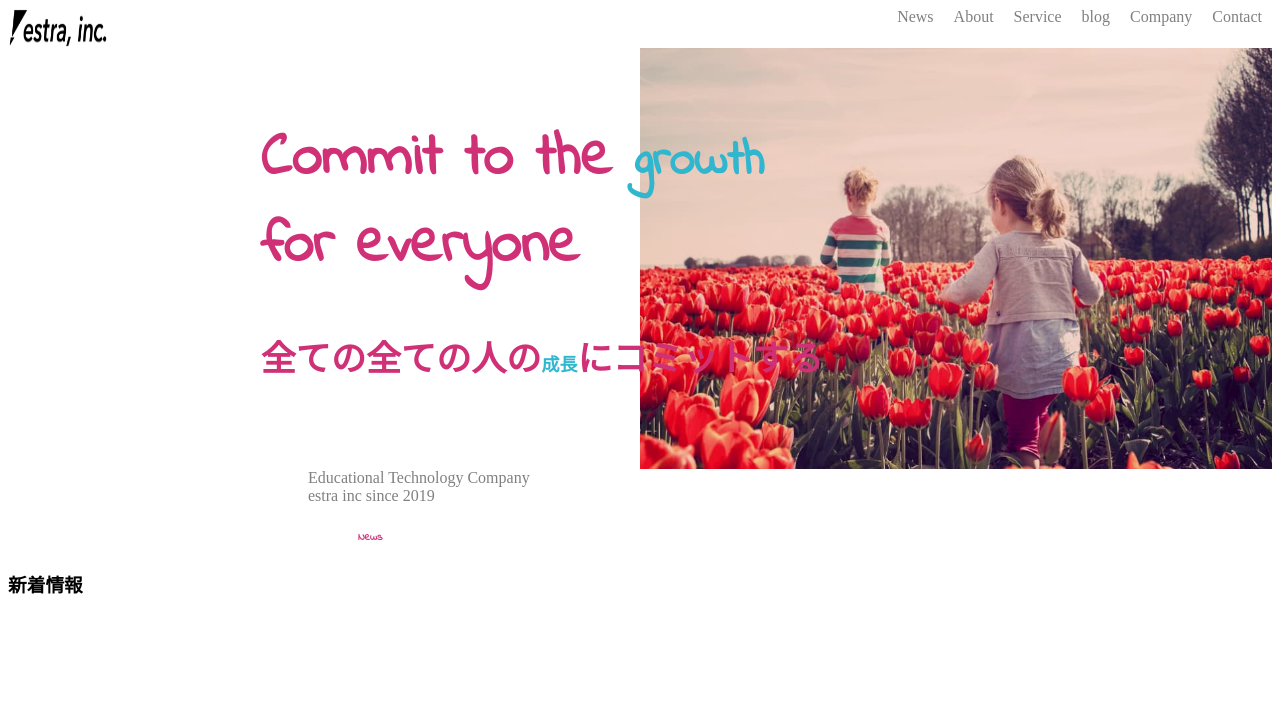
Repository: sigemasaasuka/20210902
Page: index.html
These files come from the project's save history. The page is drawn as it stood at one moment and after a run of saves; the edit follows.
The browser window is 1280 px wide. The pictures show the whole page.

Above is the page before, as saved 2021-09-08 20:58:30.

After the next 4 saves:
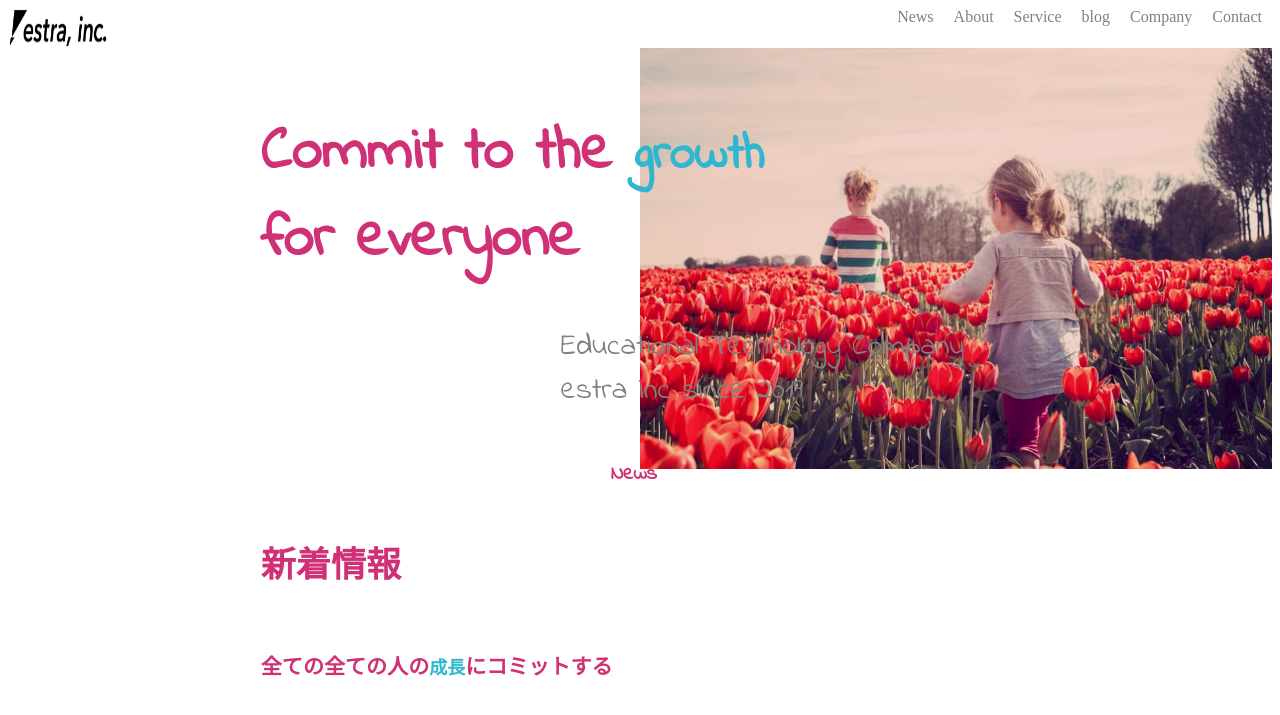
The 4 saves are shown as one change because they came seconds apart.
The last was saved 35 s later.
--- a/index.html
+++ b/index.html
@@ -28,9 +28,9 @@
     <img class="relative__img" src="img/img/firstview.jpg" alt="firstview">
     <div class="example">
       <h1>Commit to the <span class="document"> growth</span> <br>for everyone</h1>
-      <h3 class="example-txt">
+      <div class="example-txt">
         <h3>全ての全ての人の<span class="document-txt">成長</span>にコミットする</h3>
-        </h3>
+      </dib>
     </div>
     <p class="subtitle">Educational Technology Company<br>estra inc since 2019</p>
     <div class="smlltitle">
